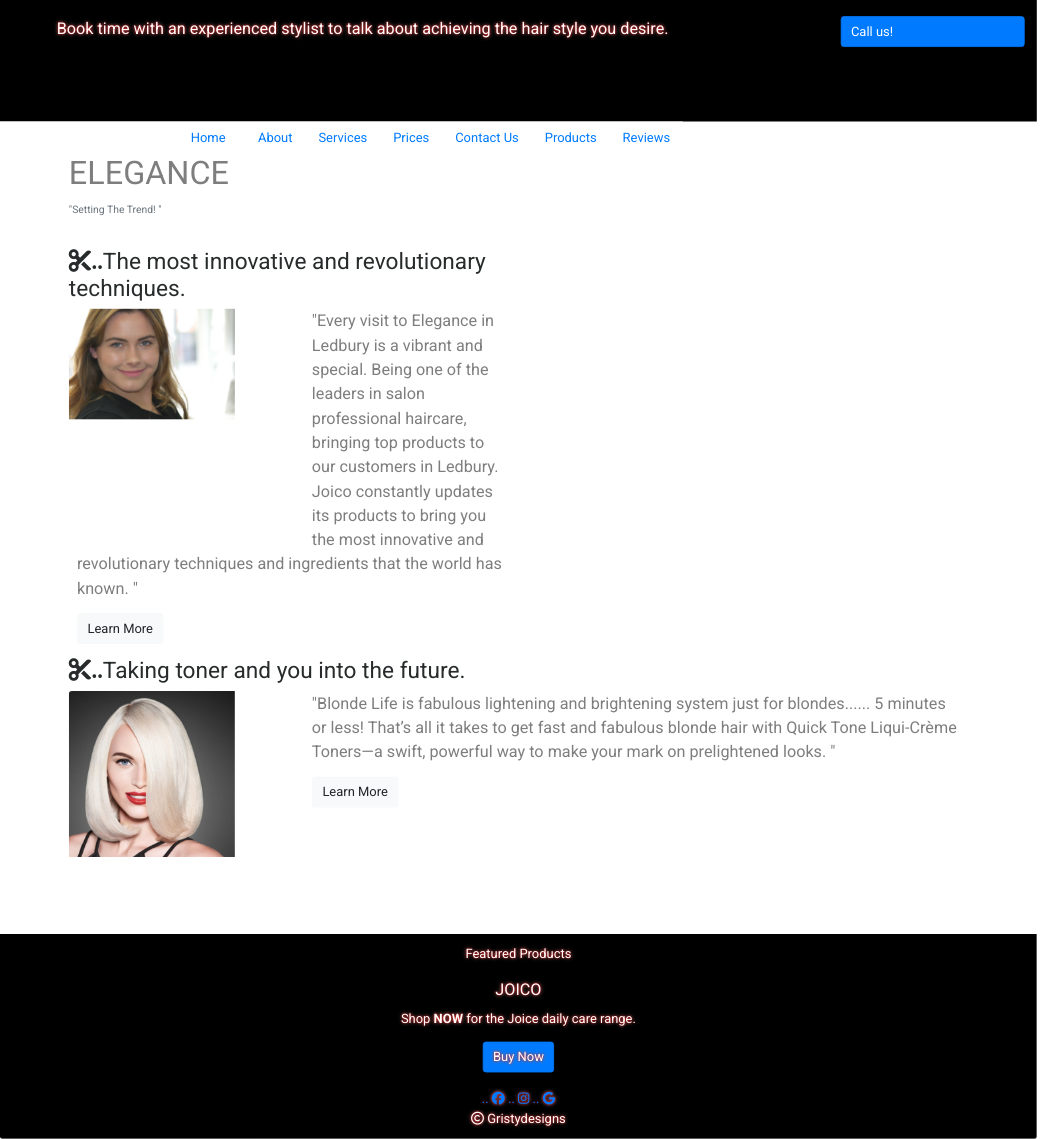
Repository: Gristydesigns/elegance-salon
Page: index.html
The author's editor kept a record of every edit. The page is drawn from the files as they stood at one moment, then again after the next edit.
The browser window is 1280 px wide. The page is 1295 px wide, so the pictures cover 1295 px, including what lies to the right of the window. The pictures show the whole page, at 81% of full size.
Some web libraries are served in a nearby version.

Above is the page before.
Console error: TypeError: Cannot read properties of undefined (reading 'fn')

After the next edit:
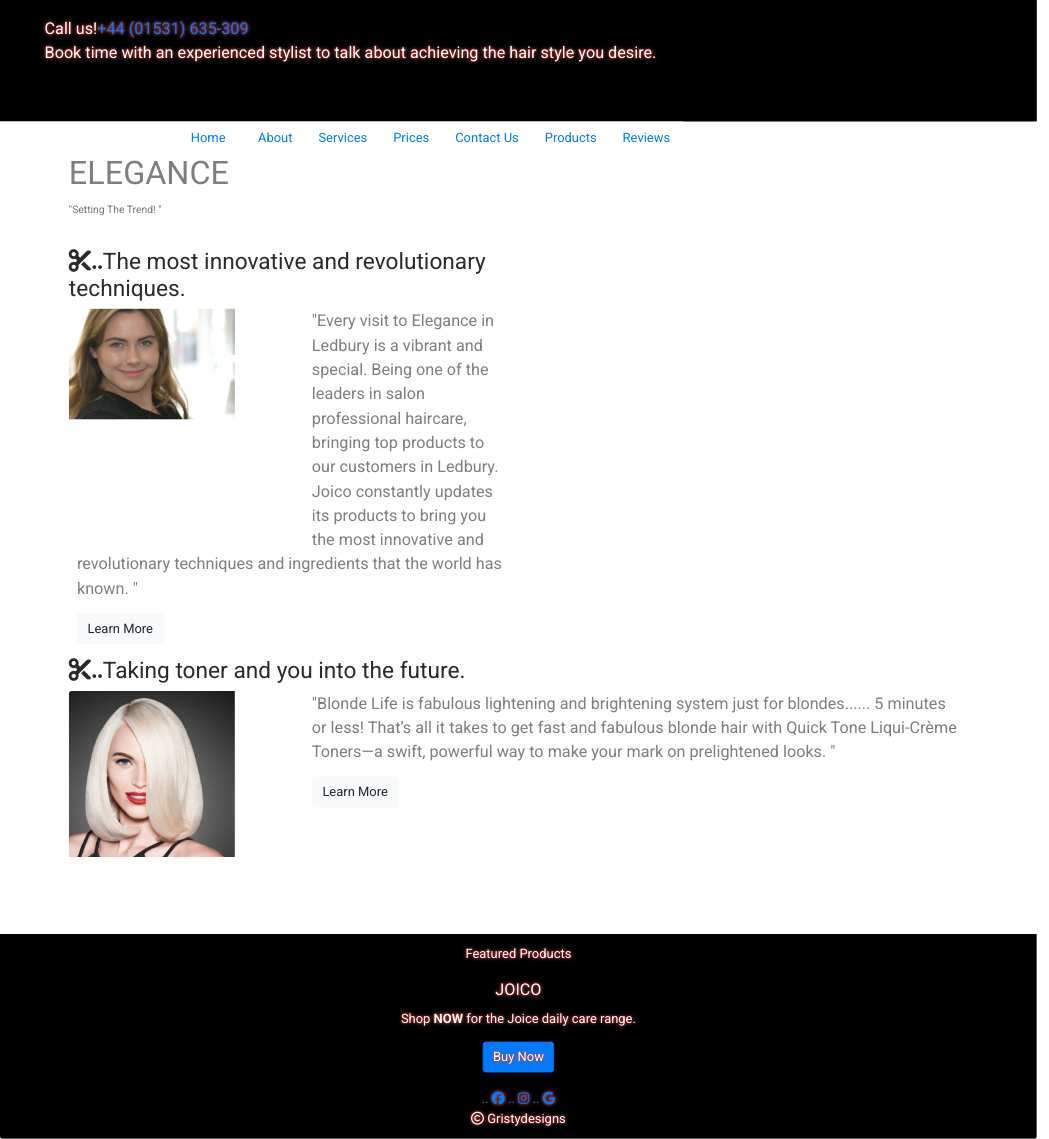
The edit:
--- a/index.html
+++ b/index.html
@@ -21,7 +21,7 @@
         <!--callout--------------->
         <section class="container-fluid call-to-action">
             <div class="row">
-                <div class="col-12">
+                <div class="col-4>
                     <button class="btn-spinner-grow btn-spinner-grow-sm btn btn-primary btn-md float-right role="button" >Call us!<a href="tel:+44-1531-635-309">+44 (01531) 635-309</a></button>
                 <p class="lead">Book time with an experienced stylist  to talk about achieving the hair style you desire.</p>
                 </div>
